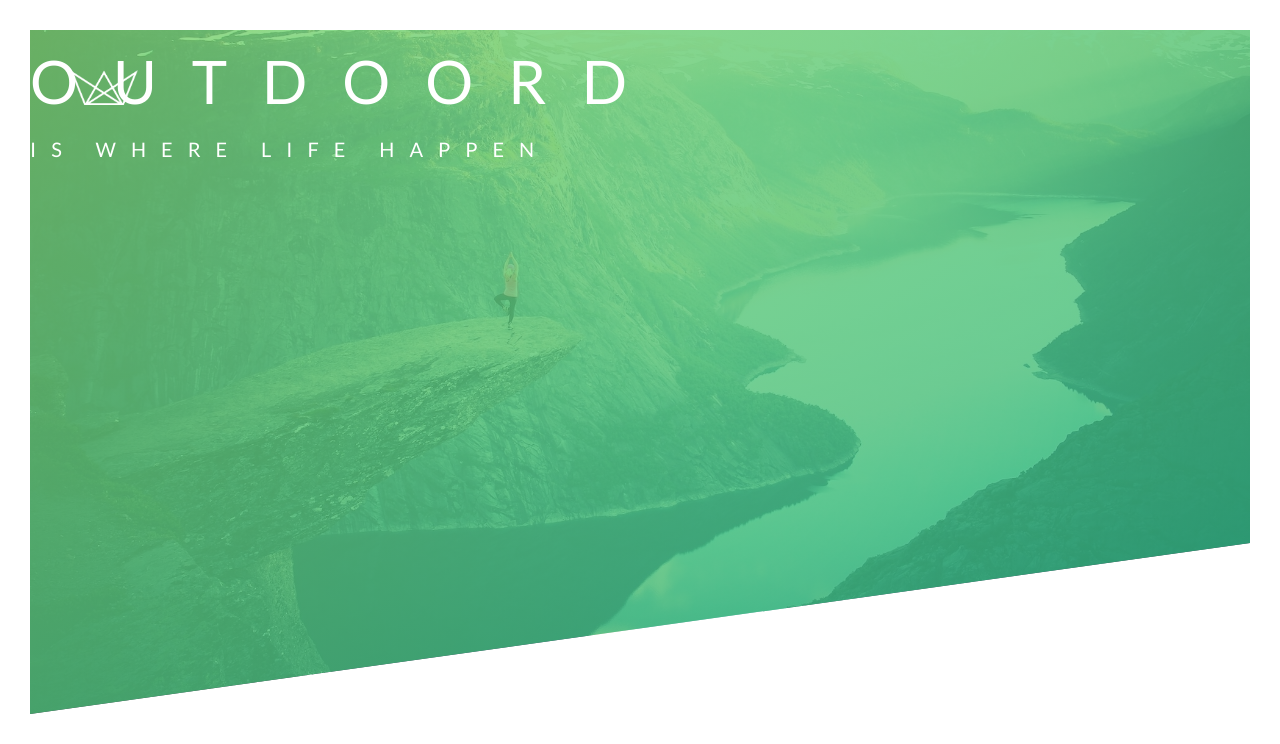
Repository: taivuong95/natours-fe
Page: index.html
These files come from the project's save history. The page is drawn as it stood at one moment and after the next save; the edit follows.
The browser window is 1280 px wide. The pictures show the whole page.

Above is the page before, as saved 2020-12-09 15:25:20.

### index.html
<!DOCTYPE html>
<html lang="en">
    <head>
        <meta charset="UTF-8">
        <meta name="viewport" content="width=device-width, initial-scale=1.0">

        <link href="https://fonts.googleapis.com/css?family=Lato:100,300,400,700,900" rel="stylesheet">

        <link rel="stylesheet" href="css/icon-font.css">
        <link rel="stylesheet" href="css/style.css">
        <link rel="shortcut icon" type="image/png" href="img/favicon.png">

        <title>Natours | Exciting tours for adventurous people</title>
    </head>
    <body>
        <header class="header">
           <div class="logo-box">
               <img src="img/logo-white.png" alt="" class="logo">
           </div>

           <h1 class="heading-primary">
               <span class="heading-primary-main">Outdoord</span>
               <span class="heading-primary-sub">is where life happen</span>
           </h1>
        </header>

    </body>
</html>

### css/icon-font.css
@charset "UTF-8";

@font-face {
  font-family: "linea-basic-10";
  src:url("fonts/linea-basic-10.eot");
  src:url("fonts/linea-basic-10.eot?#iefix") format("embedded-opentype"),
    url("fonts/linea-basic-10.woff") format("woff"),
    url("fonts/linea-basic-10.ttf") format("truetype"),
    url("fonts/linea-basic-10.svg#linea-basic-10") format("svg");
  font-weight: normal;
  font-style: normal;

}

[data-icon]:before {
  font-family: "linea-basic-10" !important;
  content: attr(data-icon);
  font-style: normal !important;
  font-weight: normal !important;
  font-variant: normal !important;
  text-transform: none !important;
  speak: none;
  line-height: 1;
  -webkit-font-smoothing: antialiased;
  -moz-osx-font-smoothing: grayscale;
}

[class^="icon-"]:before,
[class*=" icon-"]:before {
  font-family: "linea-basic-10" !important;
  font-style: normal !important;
  font-weight: normal !important;
  font-variant: normal !important;
  text-transform: none !important;
  speak: none;
  line-height: 1;
  -webkit-font-smoothing: antialiased;
  -moz-osx-font-smoothing: grayscale;
}

.icon-basic-accelerator:before {
  content: "a";
}
.icon-basic-alarm:before {
  content: "b";
}
.icon-basic-anchor:before {
  content: "c";
}
.icon-basic-anticlockwise:before {
  content: "d";
}
.icon-basic-archive:before {
  content: "e";
}
.icon-basic-archive-full:before {
  content: "f";
}
.icon-basic-ban:before {
  content: "g";
}
.icon-basic-battery-charge:before {
  content: "h";
}
.icon-basic-battery-empty:before {
  content: "i";
}
.icon-basic-battery-full:before {
  content: "j";
}
.icon-basic-battery-half:before {
  content: "k";
}
.icon-basic-bolt:before {
  content: "l";
}
.icon-basic-book:before {
  content: "m";
}
.icon-basic-book-pen:before {
  content: "n";
}
.icon-basic-book-pencil:before {
  content: "o";
}
.icon-basic-bookmark:before {
  content: "p";
}
.icon-basic-calculator:before {
  content: "q";
}
.icon-basic-calendar:before {
  content: "r";
}
.icon-basic-cards-diamonds:before {
  content: "s";
}
.icon-basic-cards-hearts:before {
  content: "t";
}
.icon-basic-case:before {
  content: "u";
}
.icon-basic-chronometer:before {
  content: "v";
}
.icon-basic-clessidre:before {
  content: "w";
}
.icon-basic-clock:before {
  content: "x";
}
.icon-basic-clockwise:before {
  content: "y";
}
.icon-basic-cloud:before {
  content: "z";
}
.icon-basic-clubs:before {
  content: "A";
}
.icon-basic-compass:before {
  content: "B";
}
.icon-basic-cup:before {
  content: "C";
}
.icon-basic-diamonds:before {
  content: "D";
}
.icon-basic-display:before {
  content: "E";
}
.icon-basic-download:before {
  content: "F";
}
.icon-basic-exclamation:before {
  content: "G";
}
.icon-basic-eye:before {
  content: "H";
}
.icon-basic-eye-closed:before {
  content: "I";
}
.icon-basic-female:before {
  content: "J";
}
.icon-basic-flag1:before {
  content: "K";
}
.icon-basic-flag2:before {
  content: "L";
}
.icon-basic-floppydisk:before {
  content: "M";
}
.icon-basic-folder:before {
  content: "N";
}
.icon-basic-folder-multiple:before {
  content: "O";
}
.icon-basic-gear:before {
  content: "P";
}
.icon-basic-geolocalize-01:before {
  content: "Q";
}
.icon-basic-geolocalize-05:before {
  content: "R";
}
.icon-basic-globe:before {
  content: "S";
}
.icon-basic-gunsight:before {
  content: "T";
}
.icon-basic-hammer:before {
  content: "U";
}
.icon-basic-headset:before {
  content: "V";
}
.icon-basic-heart:before {
  content: "W";
}
.icon-basic-heart-broken:before {
  content: "X";
}
.icon-basic-helm:before {
  content: "Y";
}
.icon-basic-home:before {
  content: "Z";
}
.icon-basic-info:before {
  content: "0";
}
.icon-basic-ipod:before {
  content: "1";
}
.icon-basic-joypad:before {
  content: "2";
}
.icon-basic-key:before {
  content: "3";
}
.icon-basic-keyboard:before {
  content: "4";
}
.icon-basic-laptop:before {
  content: "5";
}
.icon-basic-life-buoy:before {
  content: "6";
}
.icon-basic-lightbulb:before {
  content: "7";
}
.icon-basic-link:before {
  content: "8";
}
.icon-basic-lock:before {
  content: "9";
}
.icon-basic-lock-open:before {
  content: "!";
}
.icon-basic-magic-mouse:before {
  content: "\"";
}
.icon-basic-magnifier:before {
  content: "#";
}
.icon-basic-magnifier-minus:before {
  content: "$";
}
.icon-basic-magnifier-plus:before {
  content: "%";
}
.icon-basic-mail:before {
  content: "&";
}
.icon-basic-mail-multiple:before {
  content: "'";
}
.icon-basic-mail-open:before {
  content: "(";
}
.icon-basic-mail-open-text:before {
  content: ")";
}
.icon-basic-male:before {
  content: "*";
}
.icon-basic-map:before {
  content: "+";
}
.icon-basic-message:before {
  content: ",";
}
.icon-basic-message-multiple:before {
  content: "-";
}
.icon-basic-message-txt:before {
  content: ".";
}
.icon-basic-mixer2:before {
  content: "/";
}
.icon-basic-mouse:before {
  content: ":";
}
.icon-basic-notebook:before {
  content: ";";
}
.icon-basic-notebook-pen:before {
  content: "<";
}
.icon-basic-notebook-pencil:before {
  content: "=";
}
.icon-basic-paperplane:before {
  content: ">";
}
.icon-basic-pencil-ruler:before {
  content: "?";
}
.icon-basic-pencil-ruler-pen:before {
  content: "@";
}
.icon-basic-photo:before {
  content: "[";
}
.icon-basic-picture:before {
  content: "]";
}
.icon-basic-picture-multiple:before {
  content: "^";
}
.icon-basic-pin1:before {
  content: "_";
}
.icon-basic-pin2:before {
  content: "`";
}
.icon-basic-postcard:before {
  content: "{";
}
.icon-basic-postcard-multiple:before {
  content: "|";
}
.icon-basic-printer:before {
  content: "}";
}
.icon-basic-question:before {
  content: "~";
}
.icon-basic-rss:before {
  content: "\\";
}
.icon-basic-server:before {
  content: "\e000";
}
.icon-basic-server2:before {
  content: "\e001";
}
.icon-basic-server-cloud:before {
  content: "\e002";
}
.icon-basic-server-download:before {
  content: "\e003";
}
.icon-basic-server-upload:before {
  content: "\e004";
}
.icon-basic-settings:before {
  content: "\e005";
}
.icon-basic-share:before {
  content: "\e006";
}
.icon-basic-sheet:before {
  content: "\e007";
}
.icon-basic-sheet-multiple:before {
  content: "\e008";
}
.icon-basic-sheet-pen:before {
  content: "\e009";
}
.icon-basic-sheet-pencil:before {
  content: "\e00a";
}
.icon-basic-sheet-txt:before {
  content: "\e00b";
}
.icon-basic-signs:before {
  content: "\e00c";
}
.icon-basic-smartphone:before {
  content: "\e00d";
}
.icon-basic-spades:before {
  content: "\e00e";
}
.icon-basic-spread:before {
  content: "\e00f";
}
.icon-basic-spread-bookmark:before {
  content: "\e010";
}
.icon-basic-spread-text:before {
  content: "\e011";
}
.icon-basic-spread-text-bookmark:before {
  content: "\e012";
}
.icon-basic-star:before {
  content: "\e013";
}
.icon-basic-tablet:before {
  content: "\e014";
}
.icon-basic-target:before {
  content: "\e015";
}
.icon-basic-todo:before {
  content: "\e016";
}
.icon-basic-todo-pen:before {
  content: "\e017";
}
.icon-basic-todo-pencil:before {
  content: "\e018";
}
.icon-basic-todo-txt:before {
  content: "\e019";
}
.icon-basic-todolist-pen:before {
  content: "\e01a";
}
.icon-basic-todolist-pencil:before {
  content: "\e01b";
}
.icon-basic-trashcan:before {
  content: "\e01c";
}
.icon-basic-trashcan-full:before {
  content: "\e01d";
}
.icon-basic-trashcan-refresh:before {
  content: "\e01e";
}
.icon-basic-trashcan-remove:before {
  content: "\e01f";
}
.icon-basic-upload:before {
  content: "\e020";
}
.icon-basic-usb:before {
  content: "\e021";
}
.icon-basic-video:before {
  content: "\e022";
}
.icon-basic-watch:before {
  content: "\e023";
}
.icon-basic-webpage:before {
  content: "\e024";
}
.icon-basic-webpage-img-txt:before {
  content: "\e025";
}
.icon-basic-webpage-multiple:before {
  content: "\e026";
}
.icon-basic-webpage-txt:before {
  content: "\e027";
}
.icon-basic-world:before {
  content: "\e028";
}

### css/style.css
/*
COLORS:

Light green: #7ed56f
Medium green: #55c57a
Dark green: #28b485

*/

* {
  margin: 0;
  padding: 0;
  box-sizing: border-box;
}

body {
  font-family: "Lato", sans-serif;
  font-weight: 400;
  font-size: 16px;
  line-height: 1.7;
  color: #777;
  padding: 30px;
}

.header {
  height: 95vh;
  background-image: linear-gradient(
      to right bottom,
      rgba(126, 213, 111, 0.8),
      rgba(40, 180, 133, 0.8)
    ),
    url(../img/hero.jpg);
  background-size: cover;
  background-position: top;
  clip-path: polygon(0 0, 100% 0, 100% 75%, 0 100%);
  position: relative;
}

.logo-box {
  position: absolute;
  top: 40px;
  left: 40px;
}

.logo {
  height: 35px;
}

.heading-primary {
  color: #fff;
  text-transform: uppercase;
}

.heading-primary-main {
  display: block;
  font-size: 60px;
  font-weight: 400;
  letter-spacing: 35px;
}

.heading-primary-sub {
  display: block;
  font-size: 20px;
  font-weight: 400;
  letter-spacing: 15px;
}

After the next save:
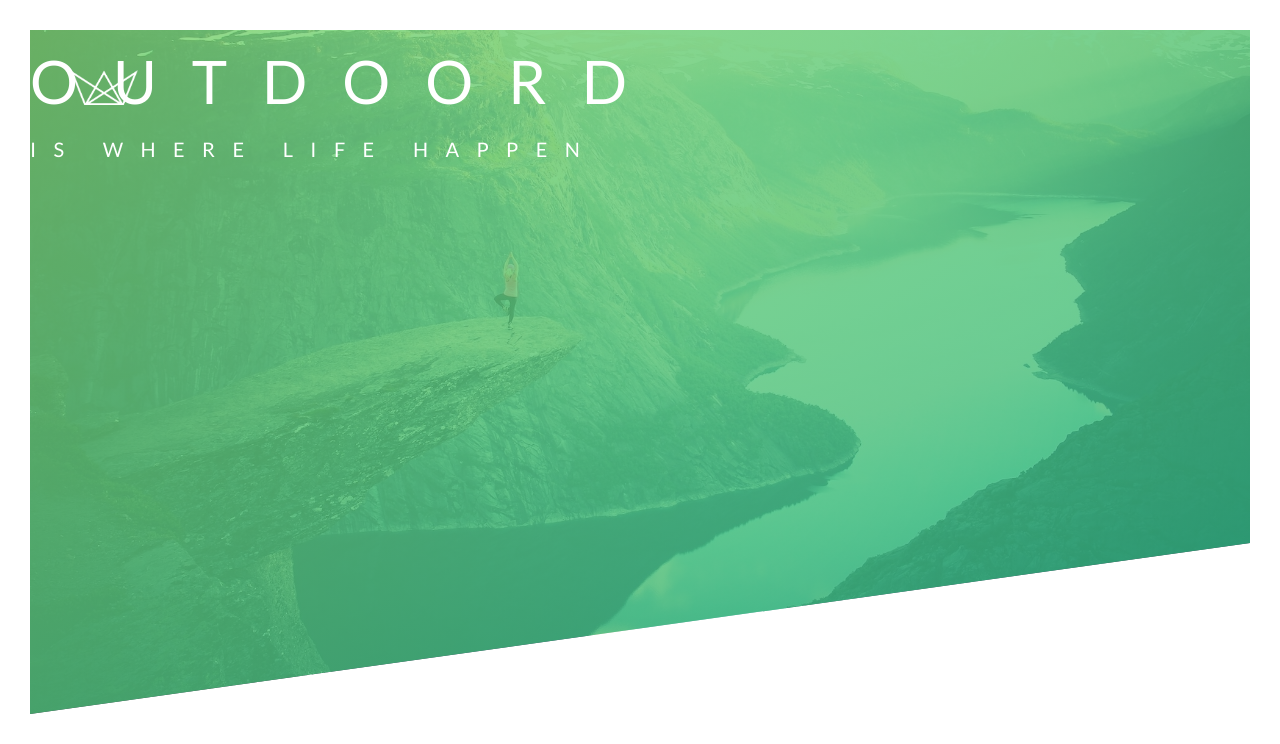
Saved 52 s later.
--- a/css/style.css
+++ b/css/style.css
@@ -62,5 +62,5 @@ body {
   display: block;
   font-size: 20px;
   font-weight: 400;
-  letter-spacing: 15px;
+  letter-spacing: 17.4px;
 }
